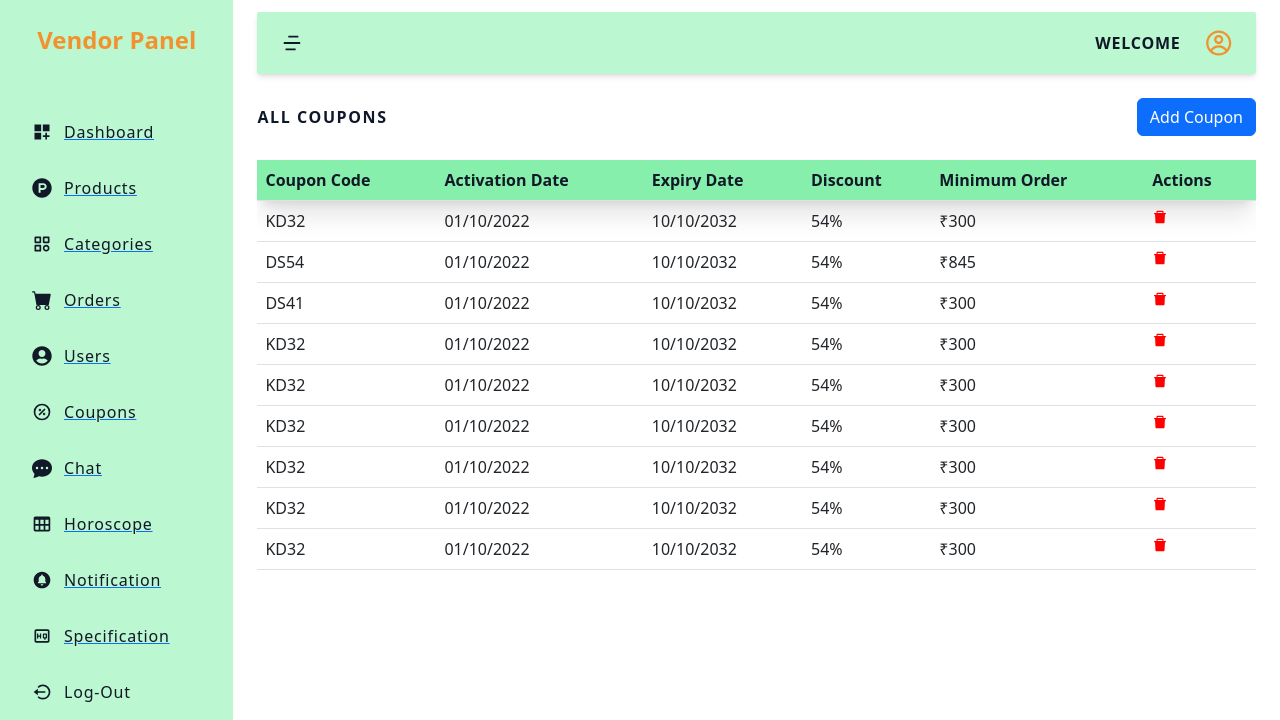
Repository: FlyweisReact/JitenderAdminPanel
Page: /discount
An editor plug-in stored every save of this project. The page is shown before and after the next save, followed by the edit.
The browser window is 1280 px wide. The pictures show the whole page.
An inner scrolling area shows only its first screen. The project was rebuilt for these pictures with package versions that can differ from the ones it lists, and the page was loaded fresh each time. Also part of the build but not shown: src/components/forms/Login.jsx, src/components/pages/Dashboard.jsx, src/components/vendorPanel/components/layout/Navbar.jsx, src/components/vendorPanel/components/layout/Sidebar.jsx, src/components/vendorPanel/components/layout/HOC.jsx, src/components/vendorPanel/components/pages/Message/Message.js, src/components/pages/UserKundli/UserKundli.jsx, src/components/pages/reactChat/Chat.js and 18 more.

Above is the page before, as saved 2022-11-05 16:59:45.

After the next save:
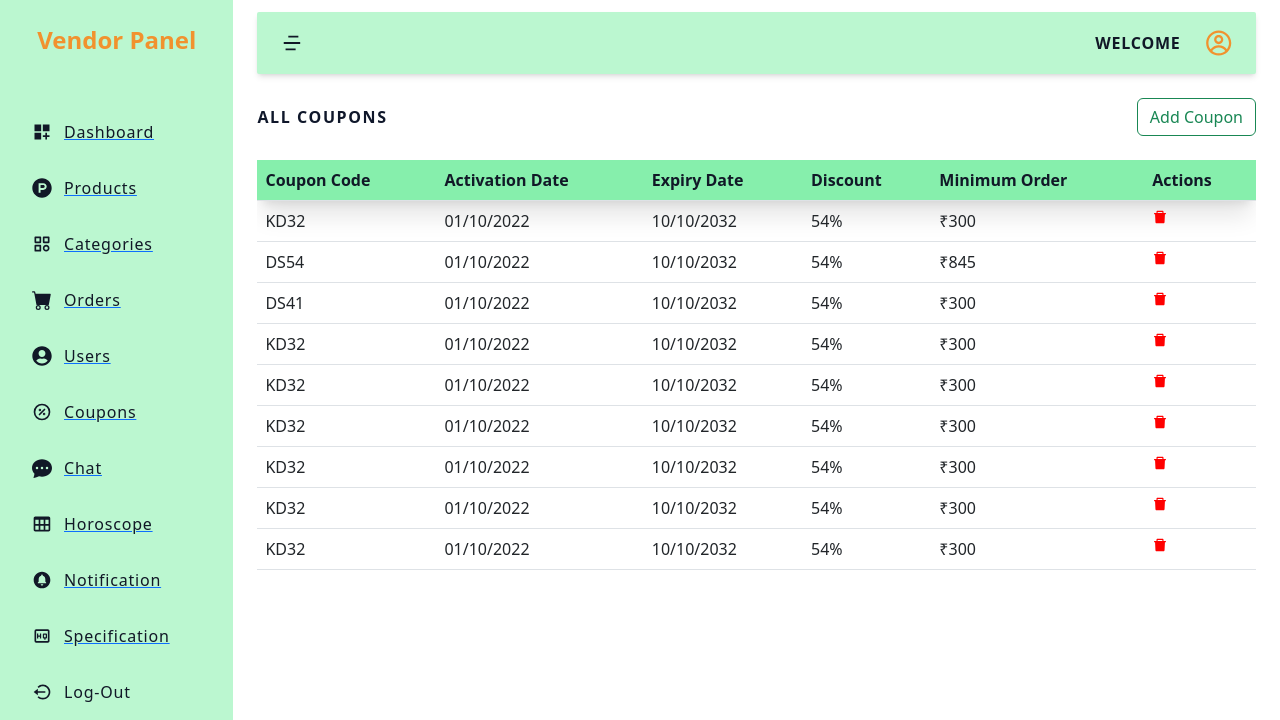
Saved 12 s later.
--- a/src/components/pages/discount/Discount.jsx
+++ b/src/components/pages/discount/Discount.jsx
@@ -141,7 +141,7 @@ const Discount = () => {
           <span className="tracking-widest text-slate-900 font-semibold uppercase ">
             All Coupons
           </span>
-          <Button    onClick={() => setModalShow(true)}>
+          <Button    onClick={() => setModalShow(true)} variant='outline-success'>
             Add Coupon
           </Button>
         </div>
